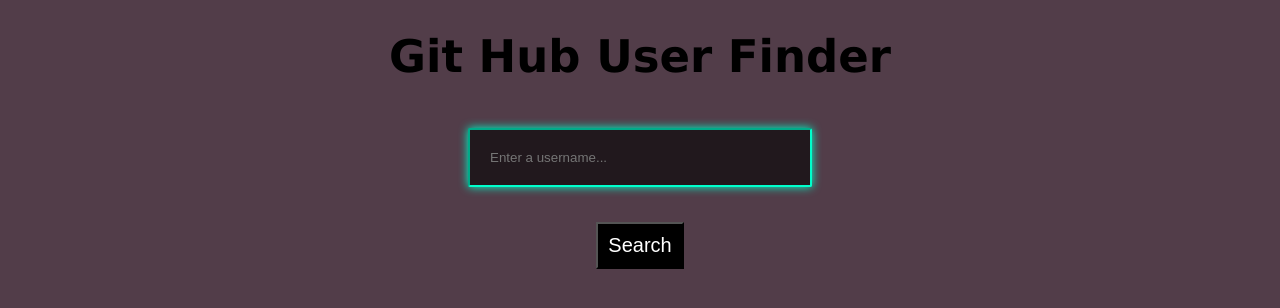
Repository: Dharshinimk-521/github-user-finder
Page: index.html
An editor plug-in stored every save of this project. The page is shown before and after the next save, followed by the edit.
The browser window is 1280 px wide. The pictures show the whole page.
The first visible `#input` has the focus.
Some web fonts or font styles are not loaded; a fallback is used.

Above is the page before, as saved 2026-04-13 21:01:24.

### index.html
<!DOCTYPE html>
<html>
    <head>
       <meta charset="UTF-8" />
        <meta name="viewport" content="width=device-width, initial-scale=1.0" />
        <title>GITHUB USER FINDER</title>
        <link rel="preconnect" href="https://fonts.googleapis.com">
        <link rel="preconnect" href="https://fonts.gstatic.com" crossorigin>
        <link href="https://fonts.googleapis.com/css2?family=Bitcount+Single:wght@100..900&family=Cedarville+Cursive&family=Edu+NSW+ACT+Cursive:wght@400..700&family=Inter:ital,opsz,wght@0,14..32,100..900;1,14..32,100..900&family=Iosevka+Charon:ital,wght@0,300;0,400;0,500;0,700;1,300;1,400;1,500;1,700&family=Open+Sans:ital,wght@0,300..800;1,300..800&family=Oswald:wght@200..700&family=Roboto+Mono:ital,wght@0,100..700;1,100..700&family=Roboto:ital,wght@0,500;1,500&family=Saira+Stencil:ital,wght@0,100..900;1,100..900&family=Sekuya&family=Share+Tech&display=swap" rel="stylesheet">
        <link rel="stylesheet" href="style.css">
        <script src="github.js" defer></script>
    </head>
    <body>
        <h1 class="title">Git Hub User Finder</h1>
         <input id="input" type="text" placeholder="Enter a username...">
        <!--buttons-->
        <br>
        <button id="search">Search</button>
        <div id="profile"></div>
    </body>
</html>

### style.css
body{
    background-color: #523D49;
    font-family: Verdana, Geneva, Tahoma, sans-serif;
    color:black;
    text-align: center;
}
.title{
   font-size:45px;
   text-decoration: dashed;
}
#input{
    background-color: rgba(0, 0, 0, 0.6); /* black with opacity */
    color: white;
    padding: 20px;
    margin:15px;
    border-style: 2px solid white;
    border-radius: 2px;
    outline:purple;
    width:300px;
}
#input:focus{
    border-color: #00ffcc;
    box-shadow: 0 0 10px #00ffcc;
}
#search{
    padding:10px;
    margin: 20px 10px;
    cursor: pointer;
    background-color: black;
    color: white;
    font-size: 20px;
}

### github.js
//Display:
// Profile name
// Avatar
// Public repos count

After the next save:
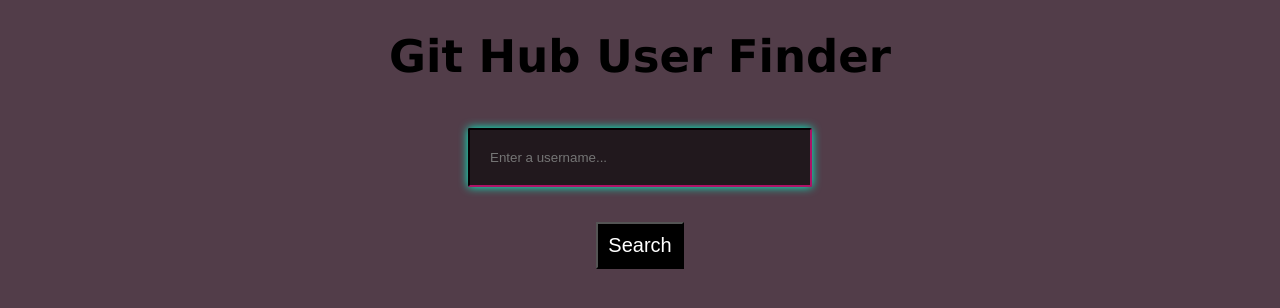
Saved 7 min 38 s later.
--- a/style.css
+++ b/style.css
@@ -19,7 +19,7 @@ body{
     width:300px;
 }
 #input:focus{
-    border-color: #00ffcc;
+    border-color: #590a35;
     box-shadow: 0 0 10px #00ffcc;
 }
 #search{
